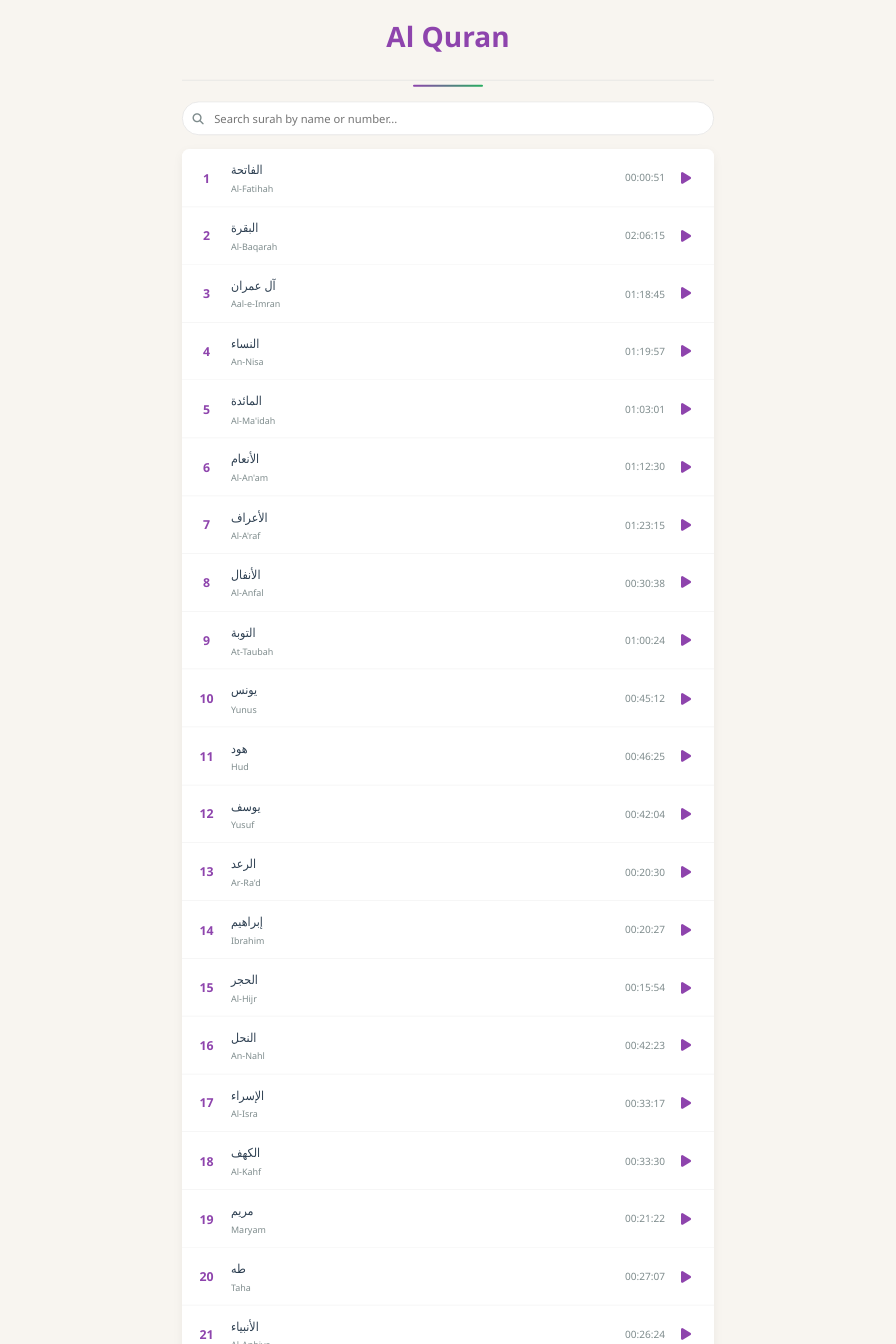
Repository: MohdKaarim/quran
Page: app/src/main/assets/Test.html
An editor plug-in stored every save of this project. The page is shown before and after the next save, followed by the edit.
The browser window is 1280 px wide. The pictures show the part of the page from y = 0 to 1920 px (the page is 9811 px tall before and 9806 px after), at 70% of full size.

Above is the page before, as saved 2025-07-18 23:26:52.

After the next save:
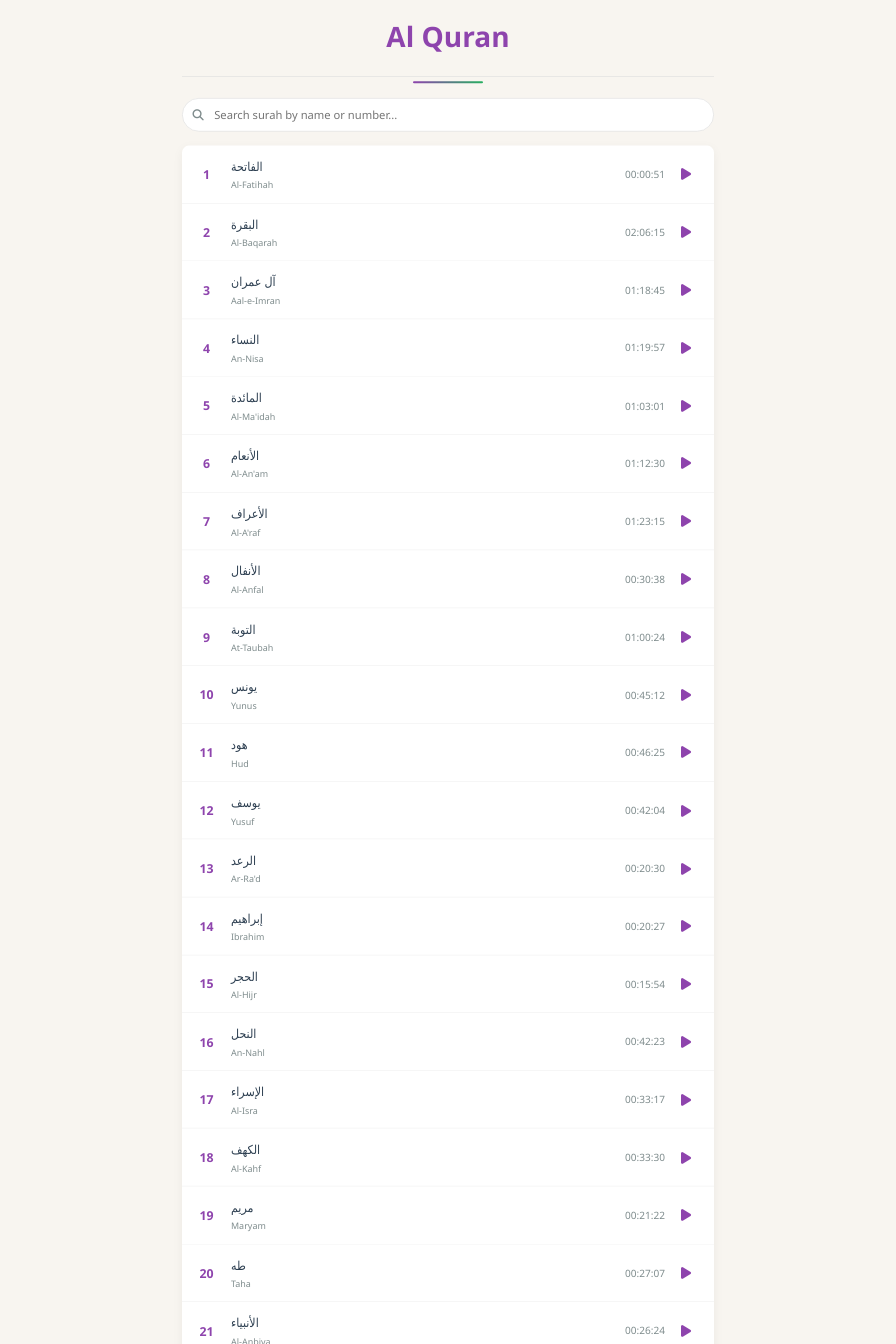
Saved 2 min 22 s later.
--- a/app/src/main/assets/Test.html
+++ b/app/src/main/assets/Test.html
@@ -46,7 +46,7 @@
     h1 {
             color: var(--primary-color);
             font-size: 2.5rem;
-            margin-bottom: 10px;
+            margin-bottom: 5px;
             font-weight: 700;
 
         }
